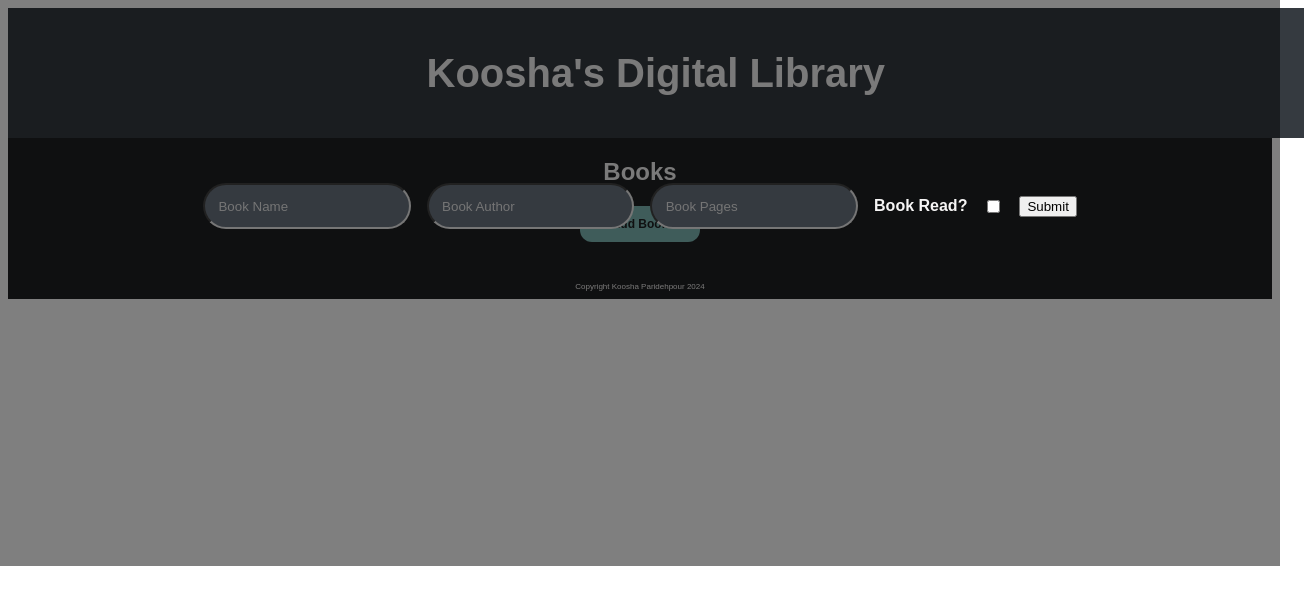
Repository: KooshaPari/odin-TTT
Page: index.html
These files come from the project's save history. The page is drawn as it stood at one moment and after the next save; the edit follows.
The browser window is 1280 px wide. The page is 1304 px wide, so the pictures cover 1304 px, including what lies to the right of the window. The pictures show the whole page.

Above is the page before, as saved 2024-03-14 21:51:45.
Console error: TypeError: Document.querySelector is not a function

### index.html
<!doctype html>
<html lang="en">
  <head>
    <meta charset="UTF-8" />
    <script src="./lib.js"></script>
    <link rel="stylesheet" href="./style.css" />
    <meta name="viewport" content="width=device-width, initial-scale=1.0" />
    <title>Document</title>
  </head>
  <body>
    <div id="parent">
      <div id="header">
        <h1>Koosha's Digital Library</h1>
      </div>
      <div id="body">
        <div class="isVisible" id="bookForm">
          <form id="bookAdd">
            <input type="text" class="inpForm" id="bookName" placeholder="Book Name" />
            <input type="text" class="inpForm" id="bookAuthor" placeholder="Book Author" />
            <input type="text" class="inpForm" id="bookPages" placeholder="Book Pages" />
            <label id="bookLBL">Book Read?</label>
            <input type="checkbox" class="inpForm" id="bookRead" placeholder="Book Read" />

            <button id="subBtn" type="submit">Submit</button>
          </form>
        </div>
        <h2 id="title">Books</h2>
        <button id="add-book">Add Book</button>
        <ol id="book-list"></ol>
      </div>
      <div id="footer">
        <p>Copyright Koosha Paridehpour 2024</p>
      </div>
    </div>
  </body>
</html>

### lib.js
const myLibrary = []
function Book(title, author, pages, read) {
  this.title = title
  this.author = author
  this.pages = pages
  this.read = read
}

function addBookToLibrary(book) {
  myLibrary.push(book)
}
const page = Document.querySelector('#body')
const bookList = Document.querySelector('#book-list')
const bookForm = Document.querySelector('#bookForm')
/* CREATE PREMADE CARD GENERIC THAT IS CLONE & MODIFIED WITH GIVEN INFORMATION */
function render() {
  for (let book of myLibrary) {
    bookList.appendChild(createBookCard(book))
  }
}
const addBook = document.querySelector('#add-book')
addBook.addEventListener('click', () => bookAddHandler())

function bookAddHandler() {
  bookForm.classList.toggle('isVisible')
}

### style.css
* {
  font-family: sans-serif;
}
#parent {
  background-color: #1f2022;
  width: 100%;
  height: 100%;
}
#header {
  background-color: #353a40;
  padding: 1.25%;
  width: 100%;
  height: 100%;
}
#header h1 {
  color: #f6f5f5;

  font-size: 2.5em;
}
#footer p {
  color: #f6f5f5;
  font-size: 0.5em;
}

#header,
#footer,
#body {
  display: flex;
  align-items: center;
  justify-content: center;
}
#title {
  color: #f6f5f5;
}
#body {
  flex-direction: column;
}
#add-book {
  color: #1f2022;
  background-color: #7ebab5;
  border-radius: 1em;
  border: none;
  padding: 0.5em;
  height: 3em;
  width: 10em;
  font-size: 12px;
  font-weight: bold;
  -webkit-border-radius: 1em;
  -moz-border-radius: 1em;
  -ms-border-radius: 1em;
  -o-border-radius: 1em;
}
#bookForm {
  position: absolute;
  width: 100%;
  height: 100%;
  background-color: rgba(0, 0, 0, 0.5);
  align-items: center;
  justify-content: center;
  display: flex;
}
#bookAdd {
  align-items: center;
  justify-content: center;
  display: flex;
  gap: 1em;
}
.isVisible {
  visibility: visible;
}
#add-book:hover {
  background-color: #5e8d87;
}
#add-book:active {
  background-color: #3e6d67;
}
.inpForm {
  flex: 1;
  background-color: #353a40;
  padding: 1em;
  border-radius: 2em;
  -webkit-border-radius:;
  -moz-border-radius:;
  -ms-border-radius:;
  -o-border-radius:;
}
#bookRead {
  background-color: red;
}
#bookLBL {
  color: #f6f5f5;
  font-weight: bold;
}

After the next save:
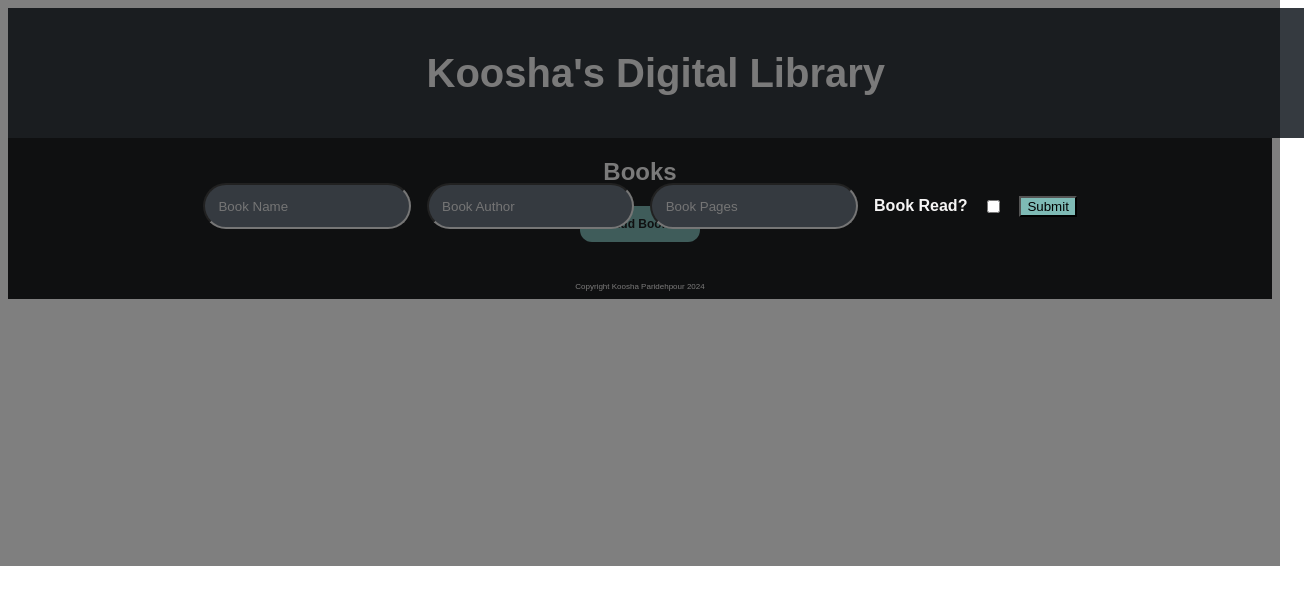
Saved 14 s later.
--- a/style.css
+++ b/style.css
@@ -91,3 +91,6 @@
   color: #f6f5f5;
   font-weight: bold;
 }
+#subBtn {
+  background: #7ebab5;
+}
